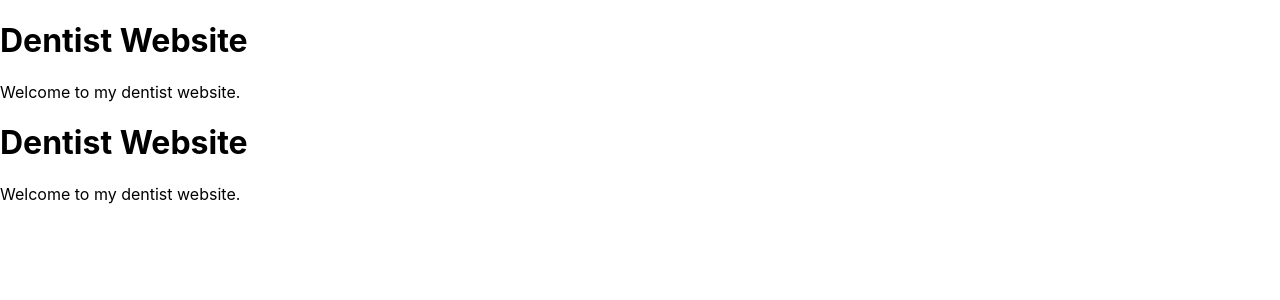
Repository: neldad1/dentist-app
Page: /contact
These files come from the project's save history. The page is drawn as it stood at one moment and after the next save; the edit follows.
The browser window is 1280 px wide. The pictures show the whole page.
The project was rebuilt for these pictures with package versions that can differ from the ones it lists, and the page was loaded fresh each time.

Above is the page before, as saved 2022-03-08 19:08:42.

After the next save:
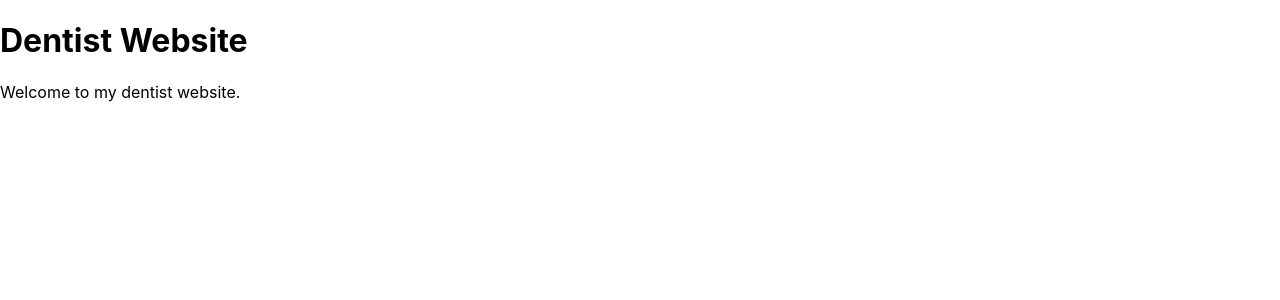
Saved 93 s later.
--- a/src/App.js
+++ b/src/App.js
@@ -3,8 +3,6 @@ import Home from './Home';
 function App() {
   return (
     <div className="App">
-      <h1>Dentist Website</h1>
-      <p>Welcome to my dentist website.</p>
       <Home />
     </div>
   );
